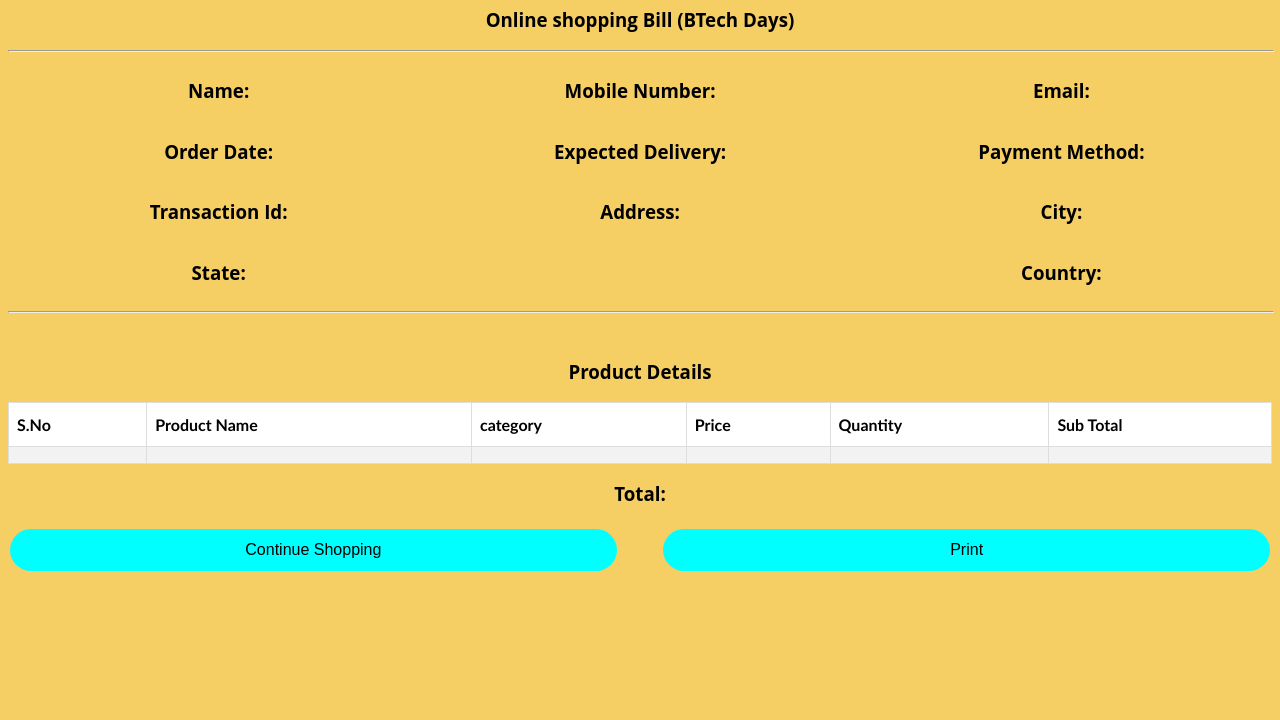
Repository: RajanKr004/E-commerce-Website-for-Sporty-Shoes-
Page: http://localhost/Phase_3_Ecommerce_website/bill.jsp
The author's editor kept a copy of each file at every save. The page is drawn from the files as they stood at one save, then again after the next save.
The browser window is 1280 px wide. The pictures show the whole page.
The page is served by Tomcat 9.

Above is the page before, as saved 2022-02-14 03:44:07.

After the next save:
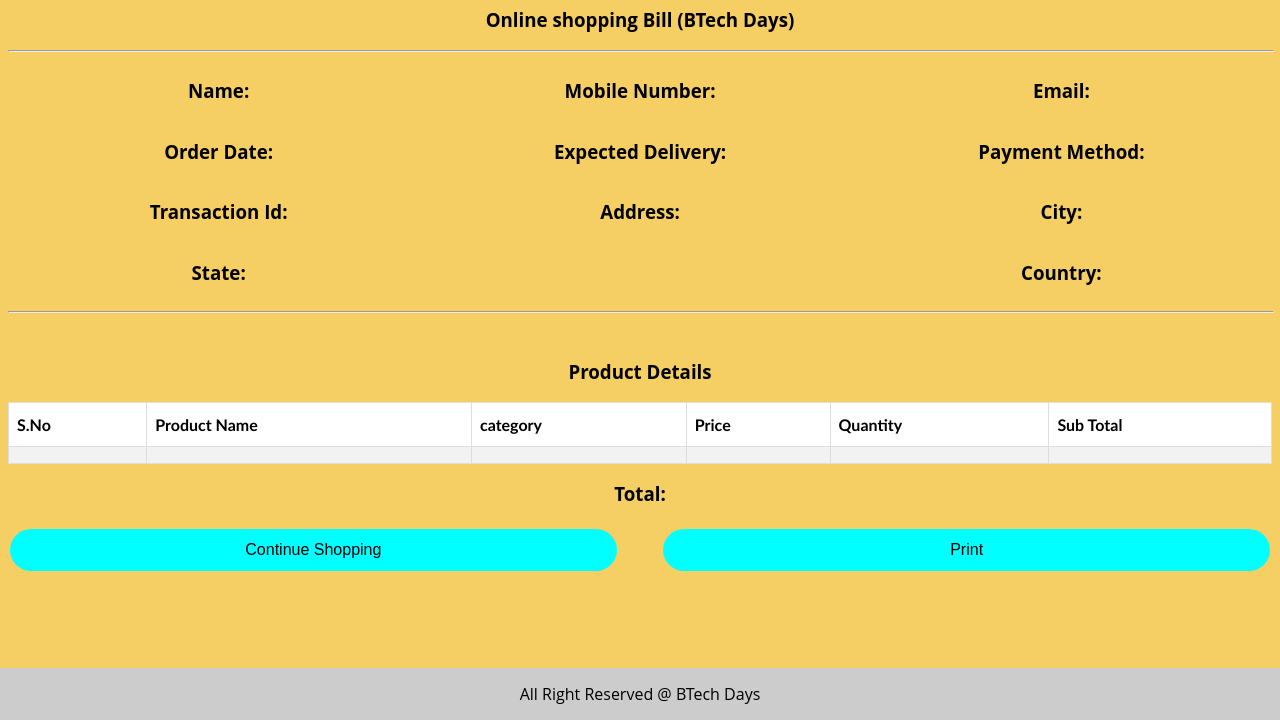
Saved 4 min 46 s later.
--- a/Phase 3 Ecommerce website/src/main/webapp/bill.jsp
+++ b/Phase 3 Ecommerce website/src/main/webapp/bill.jsp
@@ -1,4 +1,6 @@
-
+<%@page import="com.project.ConnectionProvider"%>
+<%@ page import="java.sql.*"%>
+<%@include file="footer.jsp" %>
 <html>
 <head>
 <link rel="stylesheet" href="css/bill.css">
